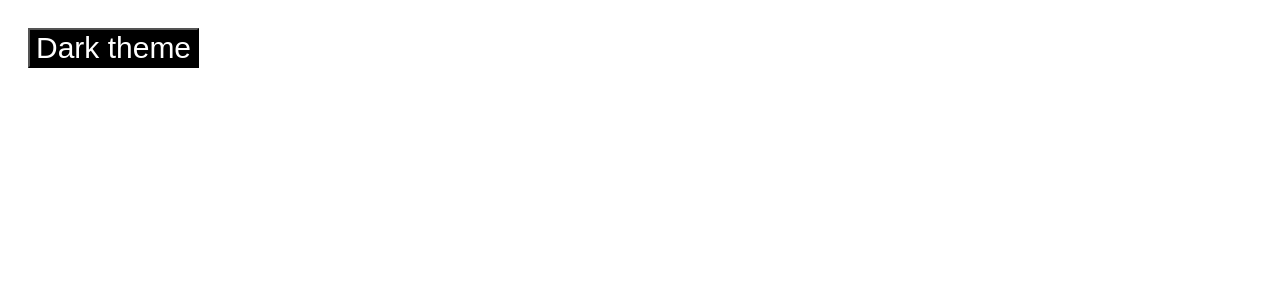
Repository: onalennaleso/empty
Page: manipulation.html
These files come from the project's save history. The page is drawn as it stood at one moment and after the next save; the edit follows.
The browser window is 1280 px wide. The pictures show the whole page.

Above is the page before, as saved 2024-02-16 05:31:10.

### manipulation.html
<!DOCTYPE html>
<html lang="en">

<head>
    <meta charset="UTF-8">
    <meta name="viewport" content="width=device-width, initial-scale=1.0">
    <title>Theme</title>
    <style>
        button {
            margin: 20px;
            font-size: 30px;
            background-color: black;
            color: white;
        }
    </style>
</head>

<body>
    <button>
        Dark theme
    </button>

    <script>
        function changeTheme() {
            let body = document.querySelector("body");

            body.classList.add("dark");
        }

        let themeButton = document.querySelector("button");

        themeButton.addEventListener("click", changeTheme);
    </script>

</body>

</html>

After the next save:
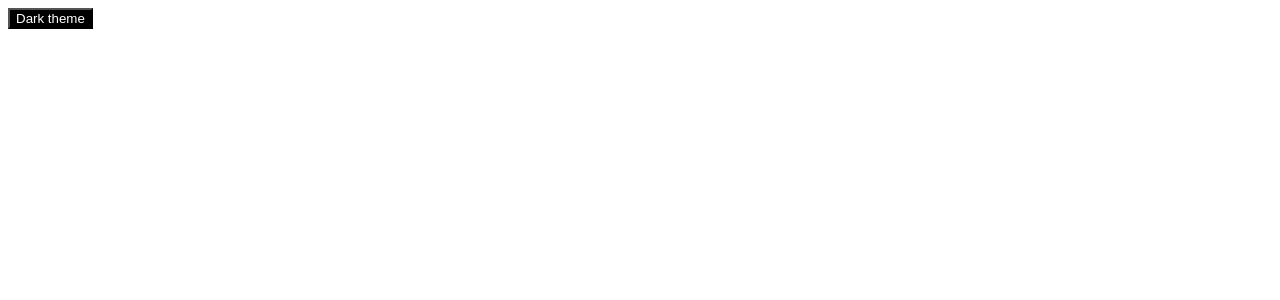
Saved 97 s later.
--- a/manipulation.html
+++ b/manipulation.html
@@ -6,11 +6,18 @@
     <meta name="viewport" content="width=device-width, initial-scale=1.0">
     <title>Theme</title>
     <style>
+        .dark {
+            background: black;
+        }
+
         button {
-            margin: 20px;
-            font-size: 30px;
-            background-color: black;
+            background: black;
             color: white;
+        }
+
+        .dark button {
+            background: white;
+            color: black;
         }
     </style>
 </head>
